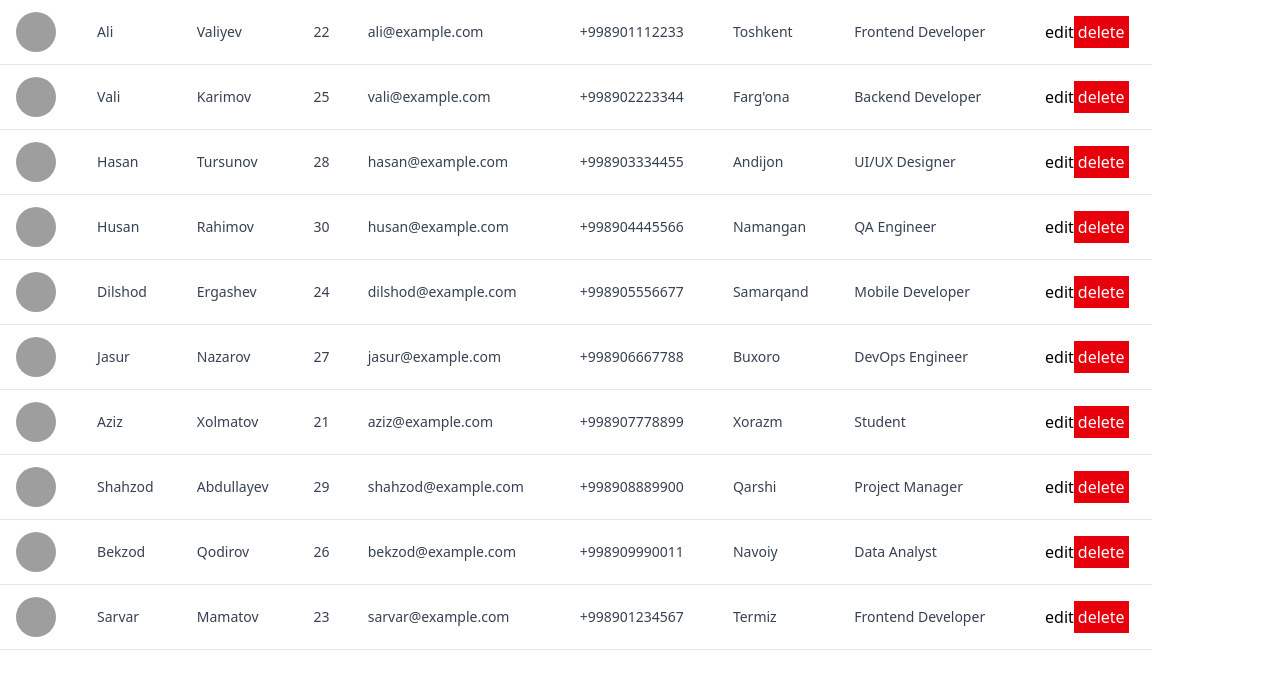
Repository: jamboy008/useformik
Page: /
The author's editor kept a copy of each file at every save. The page is drawn from the files as they stood at one save, then again after a run of saves.
The browser window is 1280 px wide. The pictures show the whole page.
Pictures or frames that could not be fetched are drawn as grey boxes. The project was rebuilt for these pictures with package versions that can differ from the ones it lists, and the page was loaded fresh each time. Also part of the build but not shown: vite.config.js.

Above is the page before, as saved 2026-08-11 14:59:09.

### index.html
<!doctype html>
<html lang="en">
  <head>
    <meta charset="UTF-8" />
    <link rel="icon" type="image/svg+xml" href="/favicon.svg" />
    <meta name="viewport" content="width=device-width, initial-scale=1.0" />
    <title>7-11dars</title>
  </head>
  <body>
    <div id="root"></div>
    <script type="module" src="/src/main.jsx"></script>
  </body>
</html>

### src/App.jsx
import React from 'react'
import Table from './components/Table'

function App() {
  return (
    <>
      <Table />
    </>
  )
}

export default App

### src/components/Table.jsx
import React, { useState } from "react";
import { users } from "../data/users";
import Button from "./Button";
import TableRow from "./TableRow";

function Table() {
  let [data, setData] = useState(users);
  function handleDelete(id) {
    setData(data.filter((user) => user.id !== id));
  }
  return (
    <table className="w-[90vw]">
      <thead className="bg-gray-100">

      </thead>
      <tbody>
        {data.map((user)=>(
        <TableRow user={user} key={user.id} handleDelete={handleDelete}/>
        ))}
      </tbody>
    </table>
  );
}

export default Table;

### src/data/users.js
export const users = [
  {
    id: 1,
    firstName: "Ali",
    lastName: "Valiyev",
    age: 22,
    email: "ali@example.com",
    phone: "+998901112233",
    city: "Toshkent",
    profession: "Frontend Developer",
    isMarried: false,
    salary: 1200,
    avatar: "https://i.pravatar.cc/150?img=1",
  },
  {
    id: 2,
    firstName: "Vali",
    lastName: "Karimov",
    age: 25,
    email: "vali@example.com",
    phone: "+998902223344",
    city: "Farg'ona",
    profession: "Backend Developer",
    isMarried: true,
    salary: 1500,
    avatar: "https://i.pravatar.cc/150?img=2",
  },
  {
    id: 3,
    firstName: "Hasan",
    lastName: "Tursunov",
    age: 28,
    email: "hasan@example.com",
    phone: "+998903334455",
    city: "Andijon",
    profession: "UI/UX Designer",
    isMarried: false,
    salary: 1100,
    avatar: "https://i.pravatar.cc/150?img=3",
  },
  {
    id: 4,
    firstName: "Husan",
    lastName: "Rahimov",
    age: 30,
    email: "husan@example.com",
    phone: "+998904445566",
    city: "Namangan",
    profession: "QA Engineer",
    isMarried: true,
    salary: 1300,
    avatar: "https://i.pravatar.cc/150?img=4",
  },
  {
    id: 5,
    firstName: "Dilshod",
    lastName: "Ergashev",
    age: 24,
    email: "dilshod@example.com",
    phone: "+998905556677",
    city: "Samarqand",
    profession: "Mobile Developer",
    isMarried: false,
    salary: 1400,
    avatar: "https://i.pravatar.cc/150?img=5",
  },
  {
    id: 6,
    firstName: "Jasur",
    lastName: "Nazarov",
    age: 27,
    email: "jasur@example.com",
    phone: "+998906667788",
    city: "Buxoro",
    profession: "DevOps Engineer",
    isMarried: true,
    salary: 1800,
    avatar: "https://i.pravatar.cc/150?img=6",
  },
  {
    id: 7,
    firstName: "Aziz",
    lastName: "Xolmatov",
    age: 21,
    email: "aziz@example.com",
    phone: "+998907778899",
    city: "Xorazm",
    profession: "Student",
    isMarried: false,
    salary: 500,
    avatar: "https://i.pravatar.cc/150?img=7",
  },
  {
    id: 8,
    firstName: "Shahzod",
    lastName: "Abdullayev",
    age: 29,
    email: "shahzod@example.com",
    phone: "+998908889900",
    city: "Qarshi",
    profession: "Project Manager",
    isMarried: true,
    salary: 2000,
    avatar: "https://i.pravatar.cc/150?img=8",
  },
  {
    id: 9,
    firstName: "Bekzod",
    lastName: "Qodirov",
    age: 26,
    email: "bekzod@example.com",
    phone: "+998909990011",
    city: "Navoiy",
    profession: "Data Analyst",
    isMarried: false,
    salary: 1600,
    avatar: "https://i.pravatar.cc/150?img=9",
  },
  {
    id: 10,
    firstName: "Sarvar",
    lastName: "Mamatov",
    age: 23,
    email: "sarvar@example.com",
    phone: "+998901234567",
    city: "Termiz",
    profession: "Frontend Developer",
    isMarried: false,
    salary: 1000,
    avatar: "https://i.pravatar.cc/150?img=10",
  },
];

### src/components/Button.jsx
import React from "react";
const variants = {
  delete: "bg-red-600 text-white p-1",
  edit: "bg-green-600 text-white p-1",
};

function Button({ text, variant }) {
  return <button className={`${variants[variant]}`}>{text}</button>;
}

export default Button;

### src/components/TableRow.jsx
import React from "react";
import Button from "./Button";

function TableRow({ user, handleDelete }) {
  return (
    <tr key={user.id} className="border-b border-gray-200">
      <td className="px-4 py-3 text-sm text-gray-700">
        <img
          src={user.avatar}
          alt={user.firstName}
          className="w-10 h-10 rounded-full"
        />
      </td>
      <td className="px-4 py-3 text-sm text-gray-700">{user.firstName}</td>
      <td className="px-4 py-3 text-sm text-gray-700">{user.lastName}</td>
      <td className="px-4 py-3 text-sm text-gray-700">{user.age}</td>
      <td className="px-4 py-3 text-sm text-gray-700">{user.email}</td>
      <td className="px-4 py-3 text-sm text-gray-700">{user.phone}</td>
      <td className="px-4 py-3 text-sm text-gray-700">{user.city}</td>
      <td className="px-4 py-3 text-sm text-gray-700">{user.profession}</td>
      <td className="px-4 py-3 text-center">
        <Button variant={"secondary"} text="edit" />
        <Button
          variant={"delete"}
          text="delete"
          onClick={() => handleDelete(user.id)}
        />
      </td>
    </tr>
  );
}

export default TableRow;

Loaded but not shown: src/main.jsx (common file); src/index.css (common file)

After the next 2 saves:
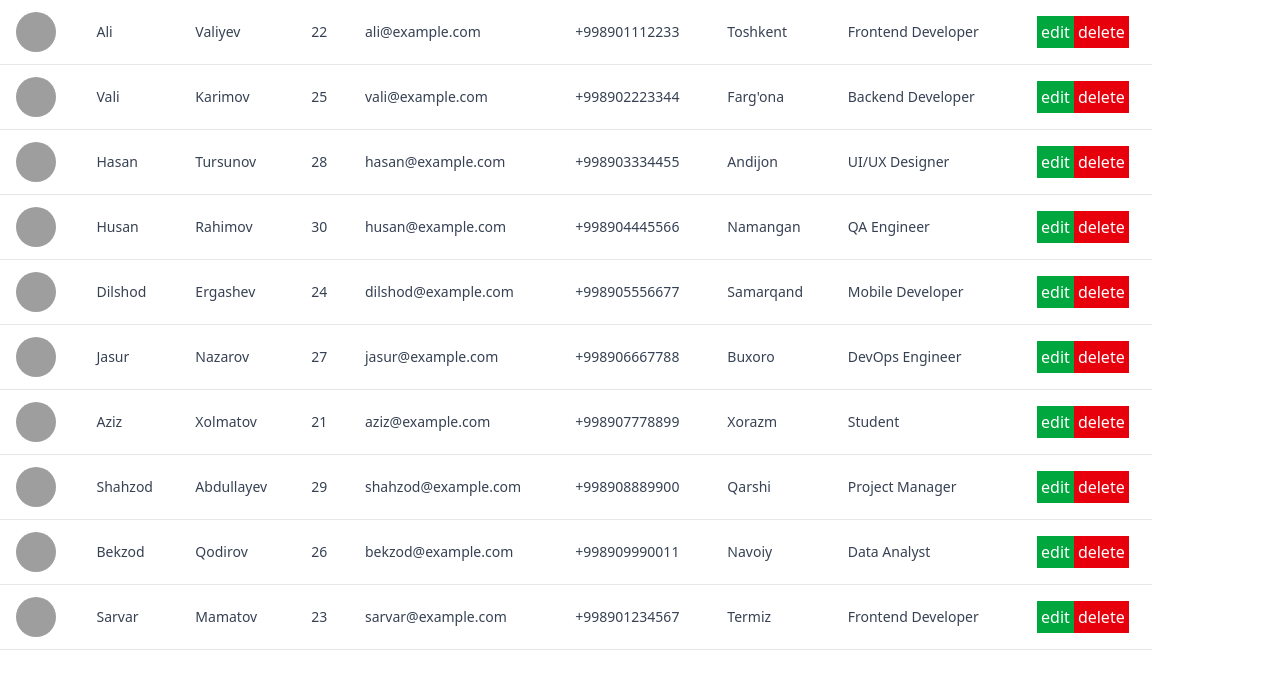
The 2 saves are shown as one change because they came seconds apart.
The last was saved 13 s later.
--- a/src/components/TableRow.jsx
+++ b/src/components/TableRow.jsx
@@ -19,7 +19,7 @@ function TableRow({ user, handleDelete }) {
       <td className="px-4 py-3 text-sm text-gray-700">{user.city}</td>
       <td className="px-4 py-3 text-sm text-gray-700">{user.profession}</td>
       <td className="px-4 py-3 text-center">
-        <Button variant={"secondary"} text="edit" />
+        <Button variant={"edit"} text="edit" />
         <Button
           variant={"delete"}
           text="delete"
